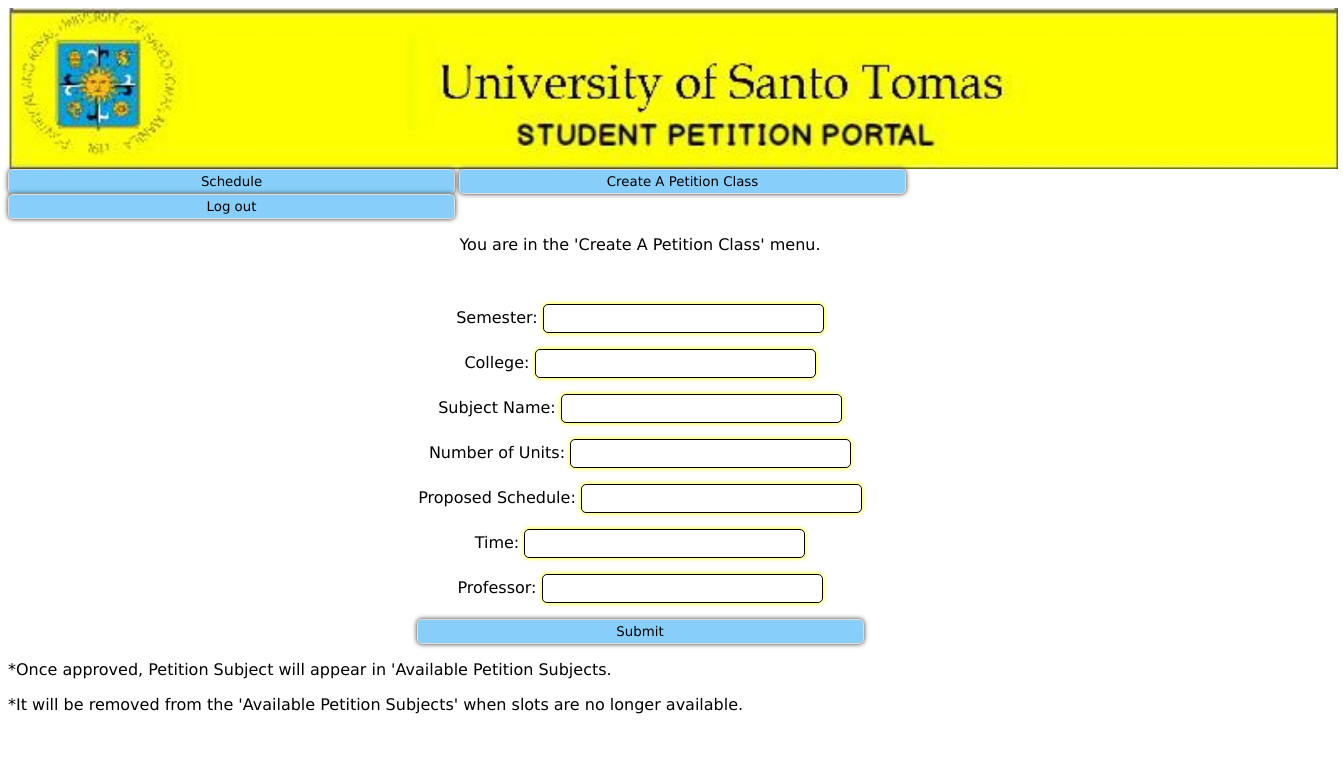
Repository: mawewatistel/PetitioningSystem
Page: http://localhost/SibuloTolentino/create.jsp
An editor plug-in stored every save of this project. The page is shown before and after the next save, followed by the edit.
The browser window is 1280 px wide. The page is 1338 px wide, then 1343 px, so the pictures cover 1343 px, including what lies to the right of the window. The pictures show the whole page.
The page is served by Tomcat 9.

Above is the page before, as saved 2016-05-10 04:24:26.

### SibuloTolentino/WebContent/create.jsp
<%@ page language="java" contentType="text/html; charset=ISO-8859-1"
    pageEncoding="ISO-8859-1"%>
<!DOCTYPE html PUBLIC "-//W3C//DTD HTML 4.01 Transitional//EN" "http://www.w3.org/TR/html4/loose.dtd">
<html>
<head>
<meta http-equiv="Content-Type" content="text/html; charset=ISO-8859-1">
<title>Petition class</title>
</head>
<body>
<form action ="petitionclasssubmit.jsp" method = "post">
<img src ="Images/ust.JPG" alt = "Missing Image!=" width = 1330 height= ><br>
<form><input type="submit" name="one" value="Schedule"/>
	<input type="submit" name="two"
			value="Create A Petition Class" >
<input type="submit"  name="three"value="Log out"></form>
<% if (request.getParameter("one") != null) {
    response.sendRedirect("home.jsp");
}
else if (request.getParameter("two") != null) {
    response.sendRedirect("create.jsp");
}
else if (request.getParameter("three") != null) {
    response.sendRedirect("index.jsp");
}
else if (request.getParameter("four") != null) {
    response.sendRedirect("petitionclasssubmit.jsp");
} %>

<center><p>You are in the 'Create A Petition Class' menu.</p></center></br>
<center><p>Semester: <input type="text" name="sem"/></p></center>
<center><p>College: <input type="text" name="college"/></p></center>
<center><p>Subject Name: <input type="text" name="subname"/></p></center>
<center><p>Number of Units: <input type="text" name="units"/></p></center>
<center><p>Proposed Schedule: <input type="text" name="propsched"/></p></center>
<center><p>Time: <input type="text" name="time"/></p></center>
<center><p>Professor: <input type="text" name="prof"/></p></center>
<center><form><input type="submit" name="four" value="Submit"/></center></form>
<p>*Once approved, Petition Subject will appear in 'Available Petition Subjects.</p>
<p>*It will be removed from the 'Available Petition Subjects' when slots are no longer available.</p><br><br>
<style>
h1 {
	font-family: consolas;
	font-size: 300%;
	color: blue;
}

h2 {
	font-family: calibri;
}

input[type="submit"] {
	background: #87CEFA;
	border: 1px double #DDD;
	border-radius: 5px;
	box-shadow: 0 0 5px #333;
	color:;
	outline: none;
	height: 25px;
	width: 447px;
	font-family: "verdana";
	font-color: black;
}

p {
	font-family: "verdana";
}

input[type="text"] {
	background: white;
	border: 1px double black;
	border-radius: 5px;
	box-shadow: 0 0 5px yellow;
	color: black;
	outline: center;
	height: 25px;
	width: 275px;
	font-family: "verdana";
}
</style>
</body>
</html>

After the next save:
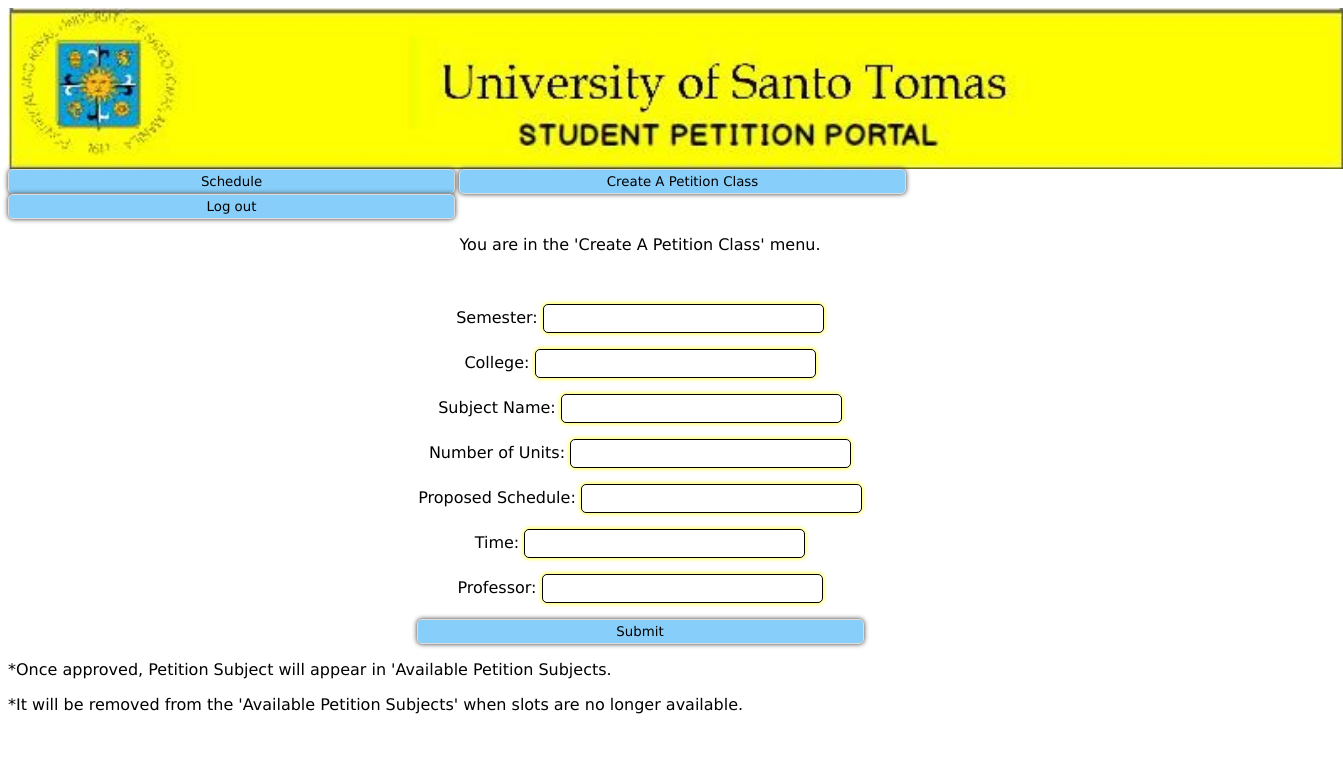
Saved 8 s later.
--- a/SibuloTolentino/WebContent/create.jsp
+++ b/SibuloTolentino/WebContent/create.jsp
@@ -8,7 +8,7 @@
 </head>
 <body>
 <form action ="petitionclasssubmit.jsp" method = "post">
-<img src ="Images/ust.JPG" alt = "Missing Image!=" width = 1330 height= ><br>
+<img src ="Images/ust.JPG" alt = "Missing Image!=" width = 1335 height= ><br>
 <form><input type="submit" name="one" value="Schedule"/>
 	<input type="submit" name="two"
 			value="Create A Petition Class" >
